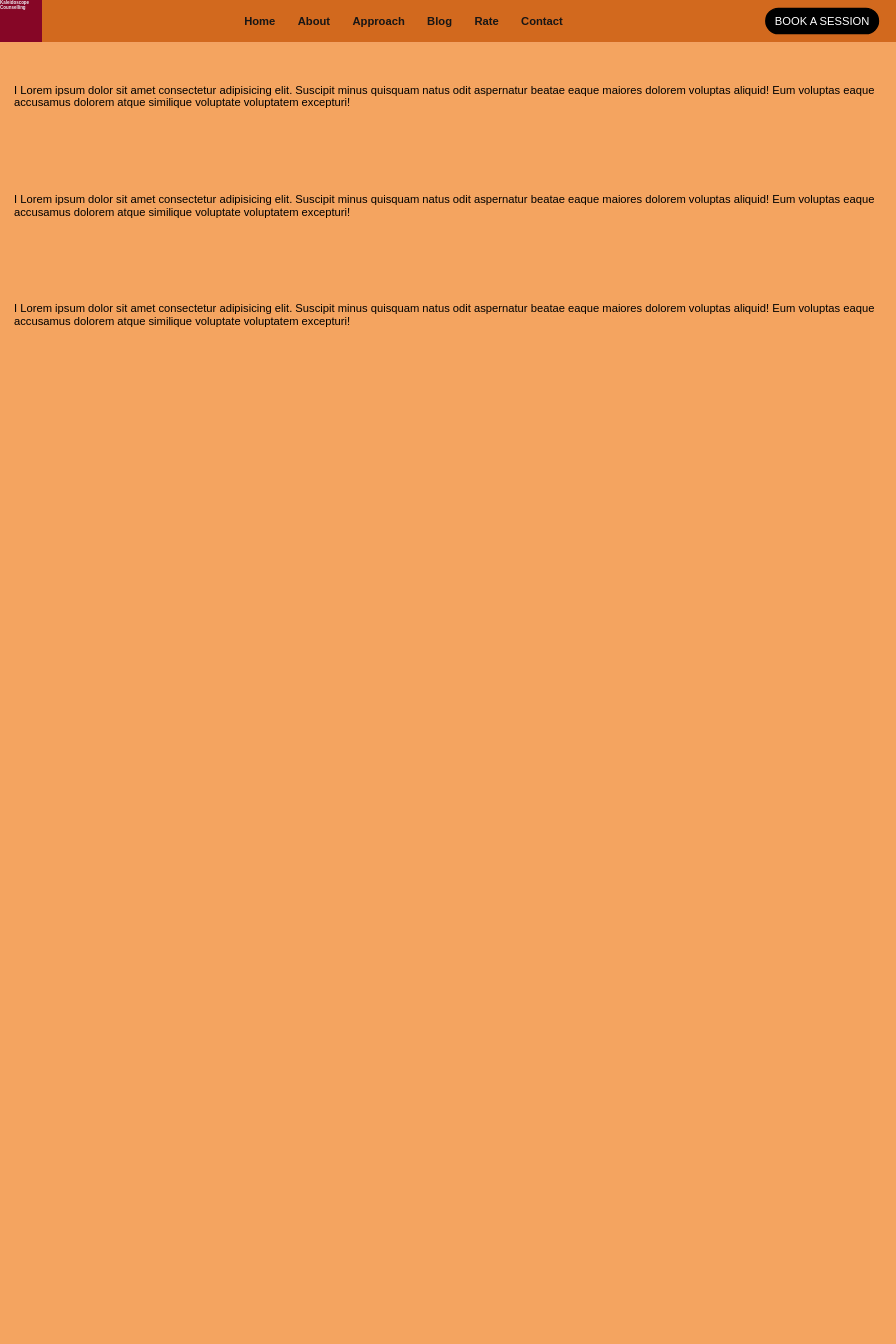
Repository: voutadi/Project1
Page: index.html
An editor plug-in stored every save of this project. The page is shown before and after a run of saves, followed by the edit.
The browser window is 1280 px wide. The pictures show the part of the page from y = 0 to 1920 px (the page is 3120 px tall), at 70% of full size.

Above is the page before, as saved 2024-11-24 21:15:37.

After the next 4 saves:
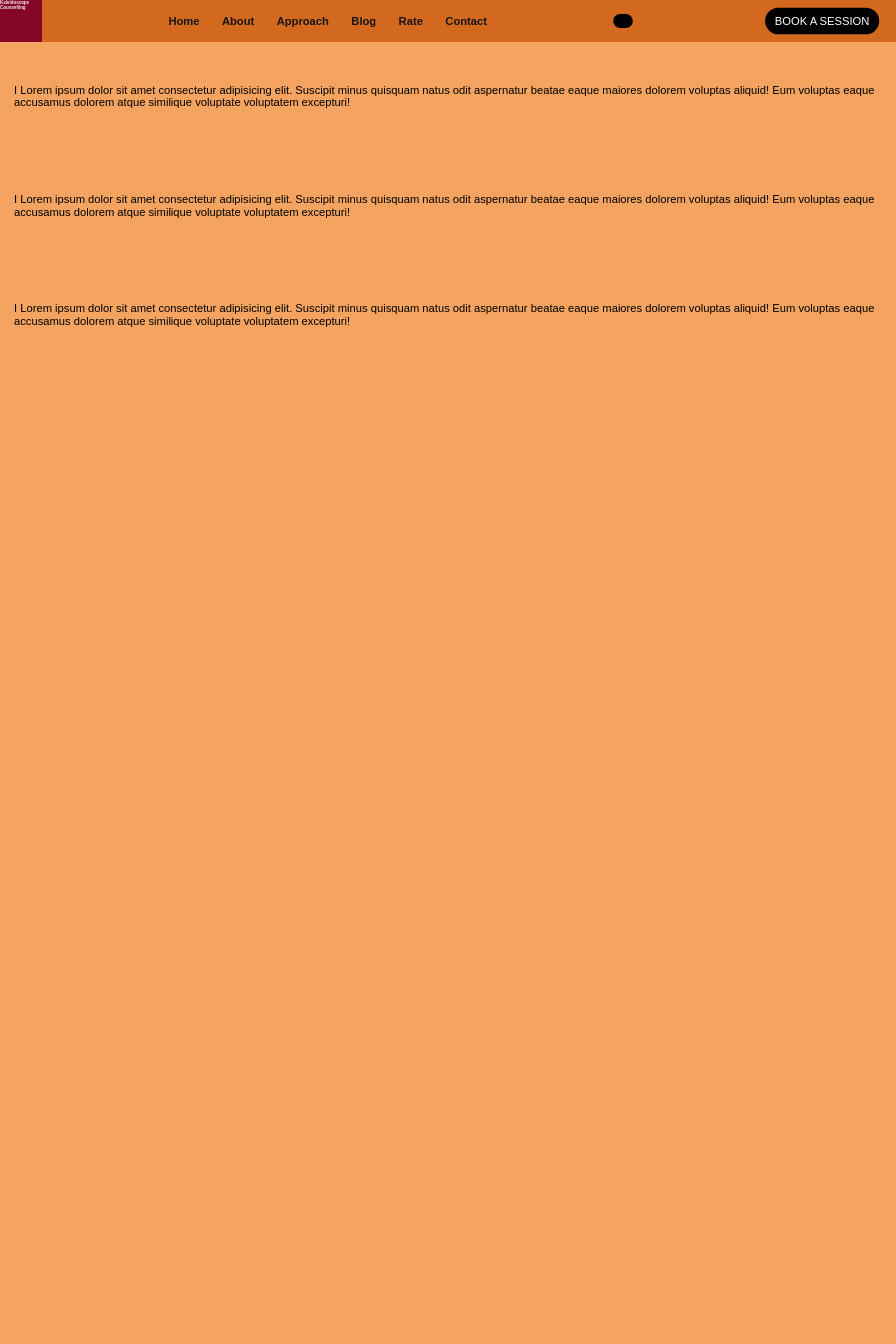
The 4 saves are shown as one change because they came seconds apart.
The last was saved 14 s later.
--- a/index.html
+++ b/index.html
@@ -31,7 +31,9 @@
           <li><a href="#contact">Contact</a></li>
         </ul>
       </nav>
+      <button>
 
+      </button>
 
       <button>BOOK A SESSION</button>
     </header>
